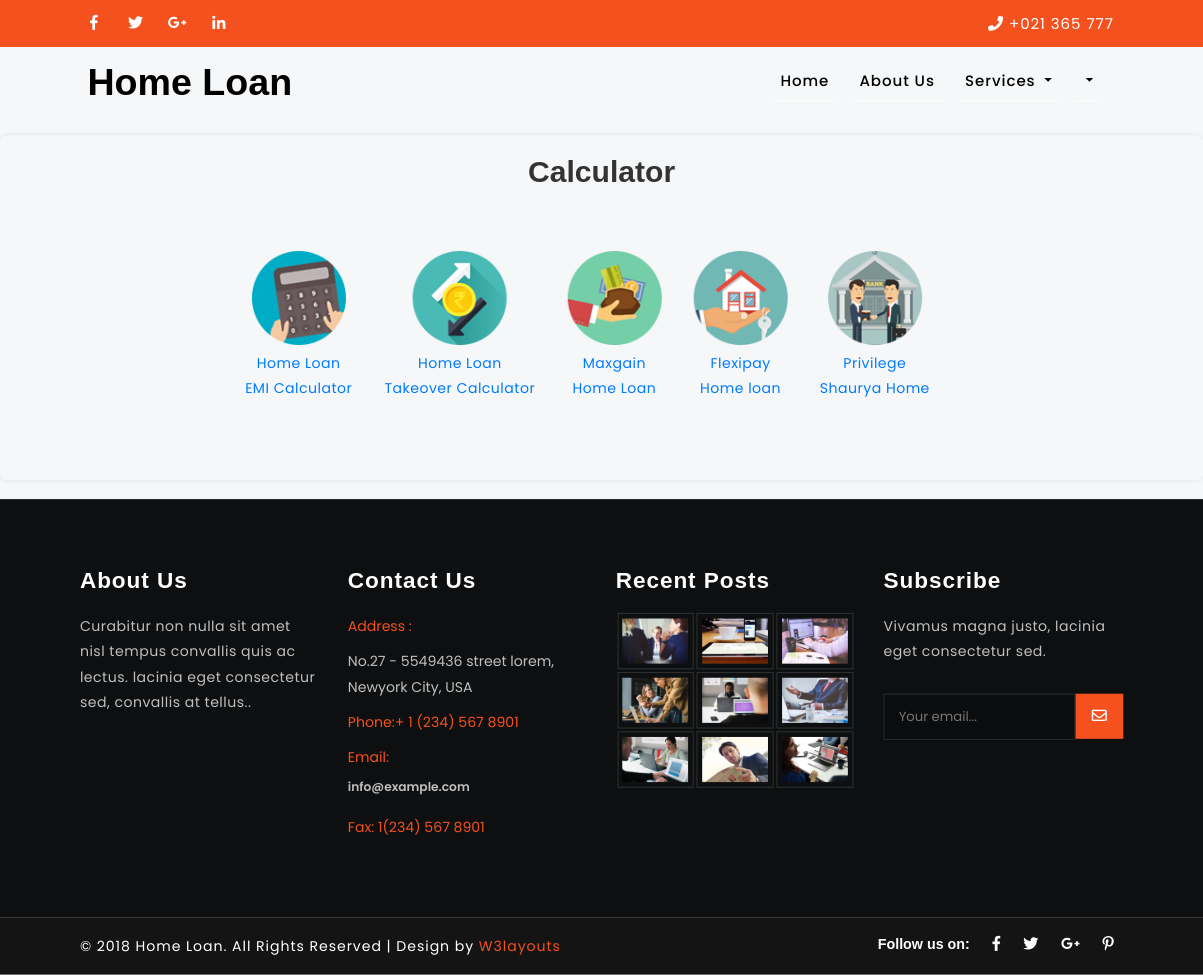
Repository: 72-faisal/Spring-MVC-project
Page: http://localhost/HomeLoan/WEB-INF/views/LoanCalculator.jsp
An editor plug-in stored every save of this project. The page is shown before and after the next save, followed by the edit.
The browser window is 1280 px wide. The pictures show the whole page, at 94% of full size.
Some web fonts or font styles are not loaded; a fallback is used. The page is served by Tomcat 9. Nobody is signed in. The template is opened directly, without the code that normally fills it, so the values that code supplies are empty.

Above is the page before, as saved 2023-12-28 07:57:10.

After the next save:
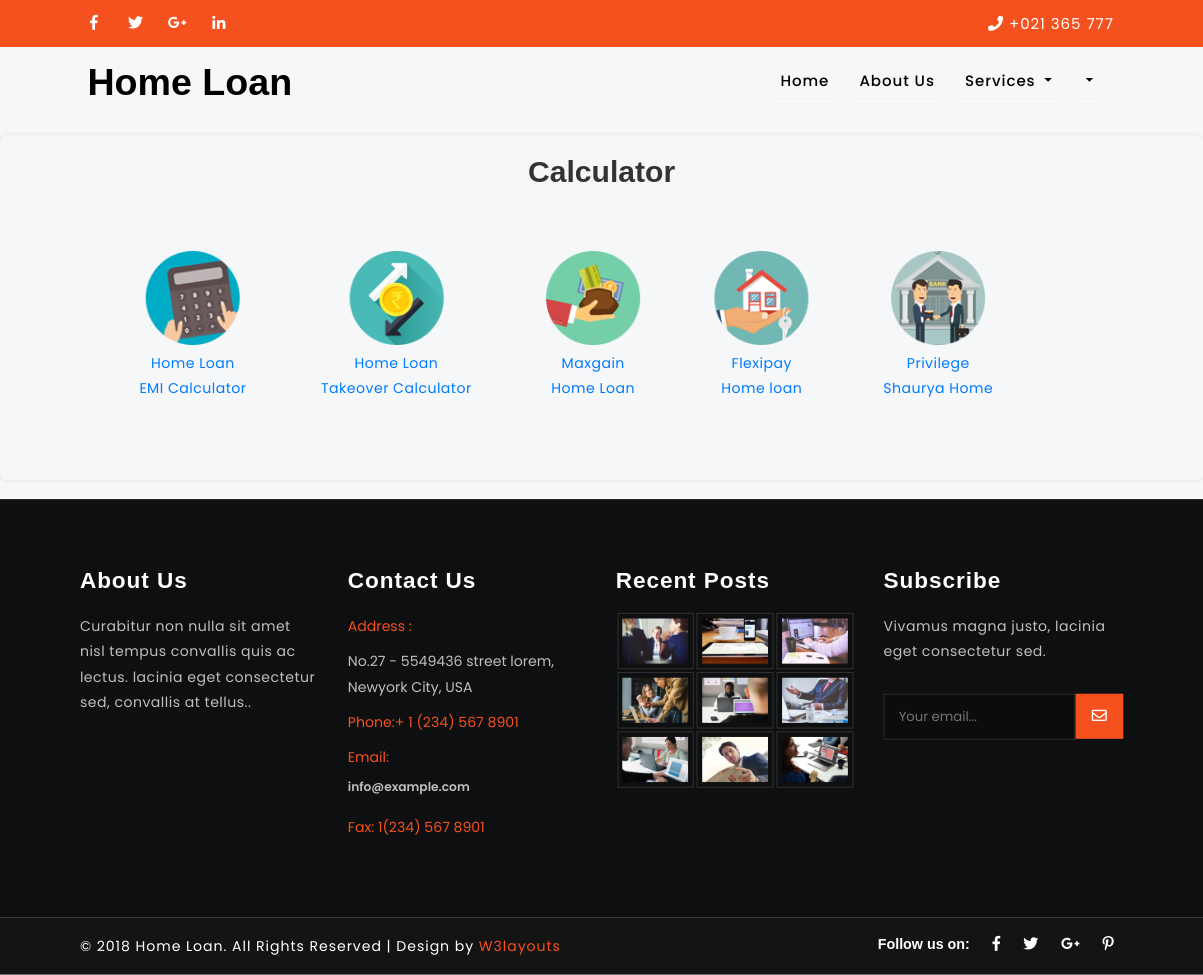
Saved 3 min 55 s later.
--- a/HomeLoan/src/main/webapp/WEB-INF/views/LoanCalculator.jsp
+++ b/HomeLoan/src/main/webapp/WEB-INF/views/LoanCalculator.jsp
@@ -60,7 +60,7 @@ body {
 
 .apply-online ul li {
 	display: inline-block;
-	margin-right: 30px;
+	margin-right: 75px;
 	vertical-align: top;
 }
 
